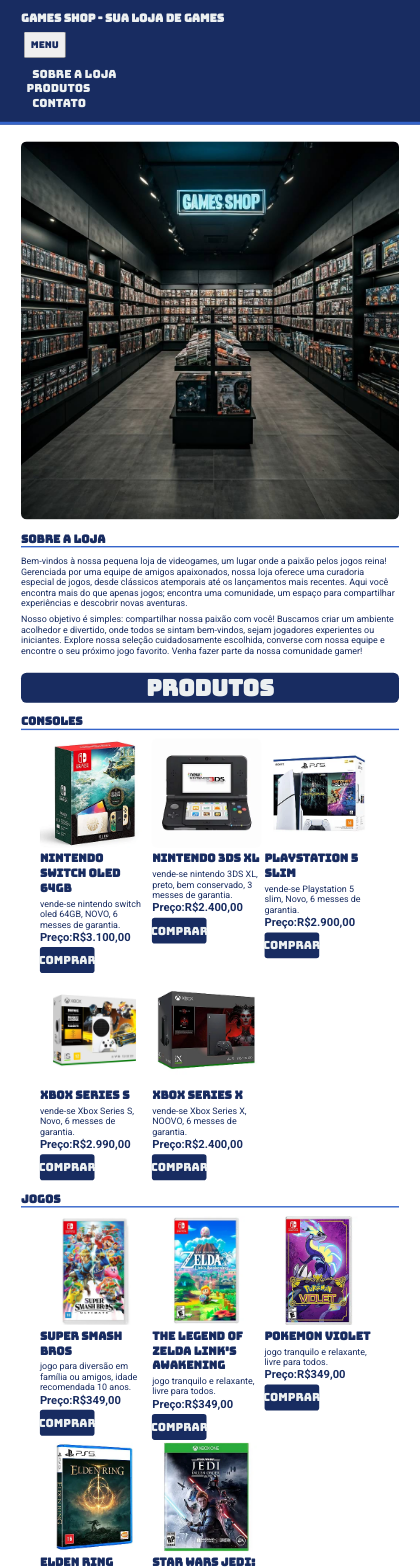
Repository: MatiasBrighent/GamesShop-CSS-responsivel
Page: index.html
The author's editor kept a copy of each file at every save. The page is drawn from the files as they stood at one save, then again after the next save.
The browser window is 600 px wide. The pictures show the part of the page from y = 0 to 2240 px (the page is 2935 px tall before and 2959 px after), at 70% of full size.
Empty fields were first filled with sample values (such as "Sample", 5 or name@example.com).
After loading, the first visible `div.btn-menu` was clicked once.

Above is the page before, as saved 2025-04-05 22:51:00.

### index.html
<!DOCTYPE html>
<html lang="pt-br">
<head>
    <meta charset="UTF-8">
    <meta name="viewport" content="width=device-width, initial-scale=1.0">
    <title>Game Shop</title>
    <link rel="stylesheet" href="style.css">
    <link rel="preconnect" href="https://fonts.googleapis.com">
    <link rel="preconnect" href="https://fonts.gstatic.com" crossorigin>
    <link href="https://fonts.googleapis.com/css2?family=Bungee&family=Roboto:wght@400;700&display=swap" rel="stylesheet">

</head>
<body>
    <header>
        <div class="container">
            <h1>Games Shop - Sua loja de games</h1>
            <div class="btn-menu">
                <button type="button">Menu</button>
            </div>
            <nav>
                <ul class="menu">
                    <li>
                        <a href="#sobre">Sobre a loja</a>
                    </li>
                    <li>
                        Produtos
                        <ul class="submenu">
                            <li>
                                <a href="#jogos">Jogos</a>
                            </li>
                            <li>
                                <a href="#consoles">Consoles</a>
                            </li>
                        </ul>
                    </li>
                    <li>
                        <a href="#contato">Contato</a>
                    </li>
                </ul>
            </nav>
        </div>
    </header>
    <section id="sobre">
        <div class="container sobre">
            <img src="./image/Games-Shop.jpg" alt="Foto da loja">
            <div>
                <h2>Sobre a loja</h2>
                <p>
                    Bem-vindos à nossa pequena loja de videogames, um lugar onde a paixão pelos jogos reina! Gerenciada por uma equipe de amigos apaixonados, nossa loja oferece uma curadoria especial de jogos, desde clássicos atemporais até os lançamentos mais recentes.
                    Aqui você encontra mais do que apenas jogos; encontra uma comunidade, um espaço para compartilhar experiências e descobrir novas aventuras.
                </p>
                <p>
                    Nosso objetivo é simples: compartilhar nossa paixão com você! Buscamos criar um ambiente acolhedor e divertido, onde todos se sintam bem-vindos, sejam jogadores experientes ou iniciantes.
                    Explore nossa seleção cuidadosamente escolhida, converse com nossa equipe e encontre o seu próximo jogo favorito. Venha fazer parte da nossa comunidade gamer!
                </p>
            </div>
        </div>
    </section>
    <section id="produtos" class="container">
        <h1>produtos</h1>
        <div class=" produtos">
            <h2>Consoles</h2>
            <section id="console" class="container">
                <div class="produto">
                    <img src="./image/switch.webp" alt="Nintendo Switch">
                    <h3>Nintendo switch oled 64GB</h3>
                    <p>vende-se nintendo switch  oled 64GB, NOVO, 6 messes de garantia.</p>
                    <strong>Preço:R$3.100,00</strong>
                    <div class="button">
                        <buton type="button">Comprar
                    </buton></div>
                </div>
                <div class="produto">
                    <img src="./image/3DS.webp" alt="Nintendo 3DS">
                    <h3>Nintendo 3DS XL </h3>
                    <p>vende-se nintendo 3DS XL, preto, bem conservado, 3 messes de garantia.</p>
                    <strong>Preço:R$2.400,00</strong>
                    <div class="button">
                        <buton type="button">Comprar
                    </buton></div>
                </div>
                <div class="produto">
                    <img src="./image/PS5.webp" alt="Playstation 5 slim">
                    <h3>Playstation 5 slim</h3>
                    <p>vende-se Playstation 5 slim, Novo, 6 messes de garantia.</p>
                    <strong>Preço:R$2.900,00</strong>
                    <div class="button">
                        <buton type="button">Comprar
                    </buton></div>
                </div>
                <div class="produto">
                    <img src="./image/Series S.webp" alt="Xbox Series S">
                    <h3>Xbox Series S </h3>
                    <p>vende-se Xbox Series S, Novo, 6 messes de garantia.</p>
                    <strong>Preço:R$2.990,00</strong>
                    <div class="button">
                        <buton type="button">Comprar
                    </buton></div>
                </div>
                <div class="produto">
                    <img src="./image/Series X.webp" alt="Xbox Series X">
                    <h3>Xbox Series X</h3>
                    <p>vende-se Xbox Series X, NOOVO, 6 messes de garantia.</p>
                    <strong>Preço:R$2.400,00</strong>
                    <div class="button">
                        <buton type="button">Comprar
                    </buton></div>
                </div>
            </section>
        </div>
        <div class=" produtos">
            <h2>Jogos</h2>
            <section id="jogos" class="container">
                <div class="produto">
                    <img src="./image/SmashBros.webp" alt="Super Smash Bros">
                    <h3>Super Smash Bros</h3>
                    <p>jogo para diversão em família ou amigos, idade recomendada 10 anos.</p>
                    <strong>Preço:R$349,00</strong>
                    <div class="button">
                        <buton type="button">Comprar
                    </buton></div>
                </div>
                <div class="produto">
                    <img src="./image/Zelda.webp" alt="Zelda">
                    <h3>the legend of Zelda Link's awakening</h3>
                    <p>jogo tranquilo e relaxante, livre para todos. </p>
                    <strong>Preço:R$349,00</strong>
                    <div class="button">
                        <buton type="button">Comprar
                    </buton></div>
                </div>
                <div class="produto">
                    <img src="./image/pokemonviolet.webp" alt="Pokemon Violet">
                    <h3>Pokemon violet</h3>
                    <p>jogo tranquilo e relaxante, livre para todos.</p>
                    <strong>Preço:R$349,00</strong>
                    <div class="button">
                        <buton type="button">Comprar
                    </buton></div>
                </div>
                <div class="produto">
                    <img src="./image/eldenring.webp" alt="Elden Ring">
                    <h3>Elden Ring </h3>
                    <p>Jogo desafiador, para testar sua determinação e saude mental, recomendado para masoquistas.</p>
                    <strong>Preço:R$259,00</strong>
                    <div class="button">
                        <buton type="button">Comprar
                    </buton></div>
                </div>
                <div class="produto">
                    <img src="./image/Jedi.webp" alt="Star Wars Jedi: fallen order">
                    <h3>Star Wars Jedi: fallen order</h3>
                    <p>vende-se Star Wars Jedi: fallen order, temos versõos para playstation e xbox .</p>
                    <strong>Preço:R$200,00</strong>
                    <div class="button">
                        <buton type="button">Comprar
                    </buton></div>
                </div>
            </section>
        </div>
    </section>
    <section id="contato" class="container">
        <div class="container">
            <h1>Contato</h1>
            <div class="contato">
                <div>
                    <h2>Fale conosco</h2>
                    <form>
                        <input type="text" placeholder="Seu nome" required="">
                        <input type="email" placeholder="Seu E-mail" required="">
                        <input type="tel" placeholder="Seu telefone(opcional)">
                        <textarea placeholder="Sua mensagem" required=""></textarea>
                        <button type="submit">Enviar</button>
                    </form>
                </div>
                <div>
                    <h2>Nos acompanhe</h2>
                    <ul class="social-links">
                        <li>
                            <a href="#">
                                <img src="./image/instagram.png" alt="Logo do Instagram">
                                <p>@Games-Shop</p>
                            </a>
                        </li>
                        <li>

                            <a href="#">
                                <img src="./image/facebook.png" alt="Logo do Facebook">
                                <p>Games Shop - A sua loja de games</p>
                            </a>
                        </li>
                    </ul>
                    <div>
                        <h2>visite-nos</h2>
                        <p>622 Broadway, Nova York, NY 10012, Estados Unidos</p>
                    </div>
                </div>

            </div>
        </div>
    </section>
    <footer>
        <div class="container">
            <p>
                © Games Shop - pagina criada como  projeto do curso de "Desenvolvedor Full Stack Python v2" da Ebac. Todos direitos reservados 2025.
            </p>
        </div>
    </footer>

    <script src="https://code.jquery.com/jquery-3.7.1.min.js" integrity="sha256-/JqT3SQfawRcv/BIHPThkBvs0OEvtFFmqPF/lYI/Cxo=" crossorigin="anonymous"></script>
    <script src="main.js"></script>
</body>
</html>

### style.css
*{
    margin: 0;
    padding: 0;
    box-sizing: border-box;
    font-family: Bungee, Roboto, sans-serif;
}

.container{
    max-width: 1024px;
    width: 100%;
    margin: 0 auto;
}

header .container{
    display: flex;
    justify-content: space-between;
    align-items: center;
    font-weight: 400;
}

header{
    padding: 16px 0;
    color: #ecf0f1;
    background-color: #182c61;
    margin-bottom: 24px;
    border-bottom: 4px solid #3564ca;
}

.menu li{
    display: inline-block;
    list-style: none;
    margin-right: 8px;
}

.menu li a{
    color: #ecf0f1;
    text-decoration: none;
    padding: 8px;
}

.menu li:hover{
    border-bottom: 2px solid #ecf0f1;
    padding: 4px;
}

.submenu{
    display: none ;
    position: absolute;
    background-color: #fff;
    border: 2px solid #182c61;
    height: auto;
    border-radius: 4px;
}


.menu li:hover .submenu {
    display: block;
}

.submenu li{
    display: block;
    padding: 4px;
}

.submenu li a{
    color: #182c61;
}

h2{
    font-family: Bungee;
    color: #182c61;
    margin:12px 0;
    border-bottom: 2px solid #3564ca;
}

h3{
    color: #182c61;
    margin-bottom:4px;
}

p, strong{
    font-family: Roboto;
    color: #182c61;;
}

section{
    margin-bottom: 24px;
}

section h1{
    display: flex;
    justify-content: center;
    color: #ecf0f1;
    background-color: #182c61;
    border-radius: 8px;
    font-size: 32px;
    margin: 16px 0;
}

section img{
    width: 100%;
    height: auto;
    border-radius: 8px;
}

.sobre, .contato{
    display: grid;
    grid-template-columns: repeat(2, 49%);
    column-gap: 1%;
}

.sobre p{
    margin-bottom: 8px;
}

#console, #jogos{
    display: grid;
    grid-template-columns: repeat(3, 32%);
    column-gap: 1%;
}

.produto .button{
    display: flex;
    justify-content: center;
    width:50%;
    padding: 8px 4px;
    margin: 4px 0;
    border-radius: 4px;
    color: #ecf0f1;
    background-color: #182c61;
}

.produto .button:hover{
    background-color: #3564ca;
    border: #cccc 2px solid;
    cursor: pointer;
}

.contato form input,textarea, button{
    display: block;
    margin-left: 4px;
    margin-bottom: 8px;
    padding: 8px;
    width: 60%;
}

.contato form textarea{
    resize: none;
    height: 20vh;
}

.contato form button{
    color: #ecf0f1;
    background-color: #182c61;
    border-radius: 4px;
    border: none;
    padding: 16px;
}

.contato form button:hover{
    background-color: #3564ca;
    border: 2px solid #cccc;
    cursor:pointer;
}

input:focus, textarea:focus{
    outline-color: #182c61;
}

.social-links{
    text-decoration: none;
    list-style: none;
}

.social-links img{
    width: 32px;
    margin-bottom: 8px;
}

.social-links li a{
    text-decoration: none;
    display: flex;
}

.social-links li a p{
    margin-left: 8px;
    display: flex;
    align-items: center;
}

footer{
    background-color: #182c61;
    padding: 16px 0;
}

footer p{
    color: #ecf0f1;
}

@media screen and (max-width: 767px){
    .container{
        display: block;
        width: 90%;
    }

    h1, h2, h3{
        font-size: 1em;
    }

    p{
        font-size: 0.8em;
    }

    header .container{
        flex-direction: column;
        align-items: flex-start;
    }

    .menu{
        display: none;
    }

    .btn-menu{
        display: flex;
        justify-content: center;
        align-items: center;
        margin: 8px 0 4px 0;
    }

    .btn-menu button{
        display: flex;
        width: auto;
        color: #182c61;
    }

    .menu li{
        display: block;
        padding: 0 8px;
        margin: 0;
    }

    .submenu li{
        display: flex;
        flex-direction: column;
    }



}

@media screen and (min-width: 768px) and (max-width: 1023px) {
    .btn-menu{
        display:none;
    }
}

@media screen and (min-width: 1024px){
    .btn-menu{
        display:none;
    }
}

### main.js
$(document).ready(function(){
    $(".btn-menu").click(function(){
        $(".menu").slideToggle();
    })
})

// Plugins

After the next save:
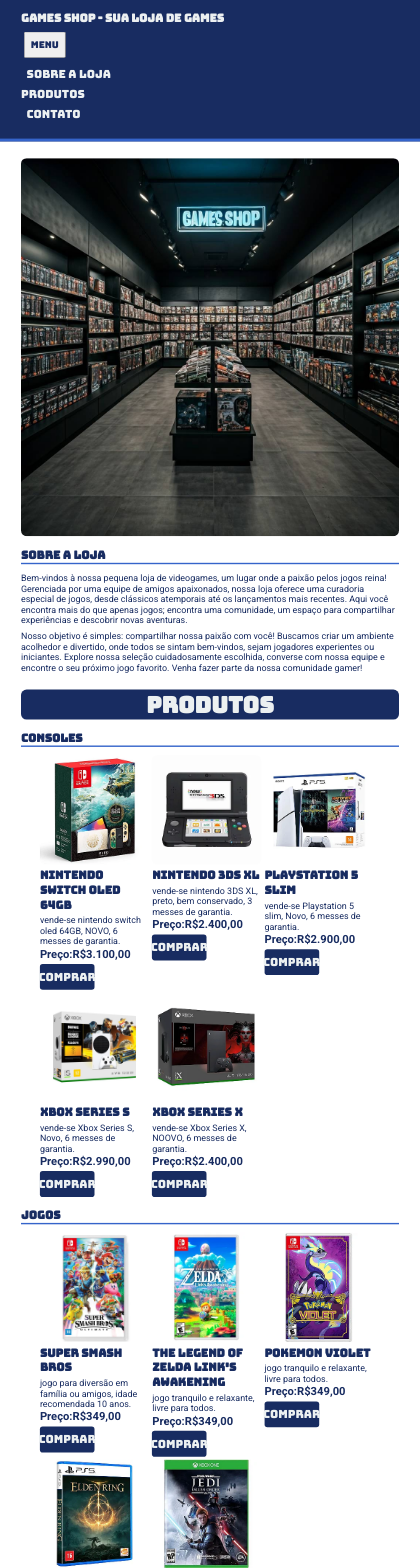
Saved 30 s later.
--- a/style.css
+++ b/style.css
@@ -235,8 +235,7 @@
 
     .menu li{
         display: block;
-        padding: 0 8px;
-        margin: 0;
+        margin: 0 0 8px 0;
     }
 
     .submenu li{

After the save that followed:
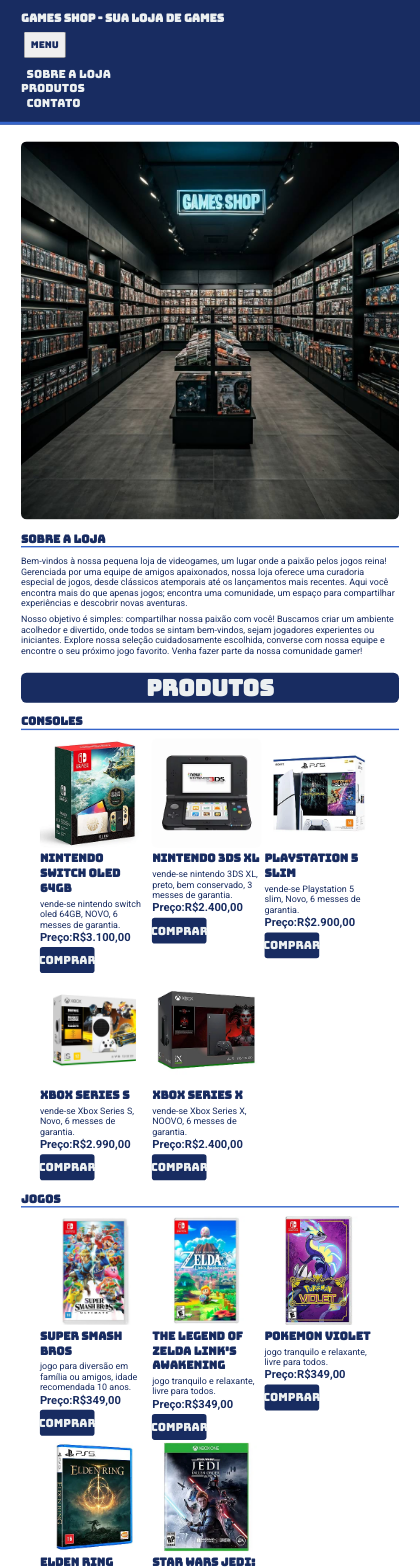
Saved 20 s later.
--- a/style.css
+++ b/style.css
@@ -235,7 +235,7 @@
 
     .menu li{
         display: block;
-        margin: 0 0 8px 0;
+        margin: 0 8px 0 0;
     }
 
     .submenu li{
